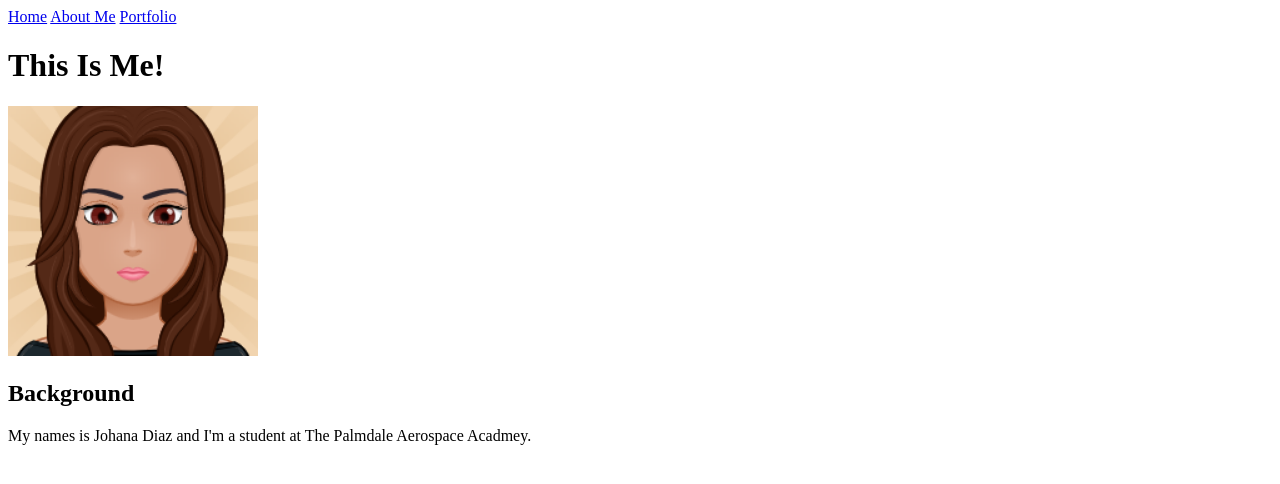
Repository: JDiaz463/JDiaz463.github.io
Page: my_website/aboutme.html
The author's editor kept a record of every edit. The page is drawn from the files as they stood at one moment, then again after the next edit.
The browser window is 1280 px wide. The pictures show the whole page.

Above is the page before.

After the next edit:
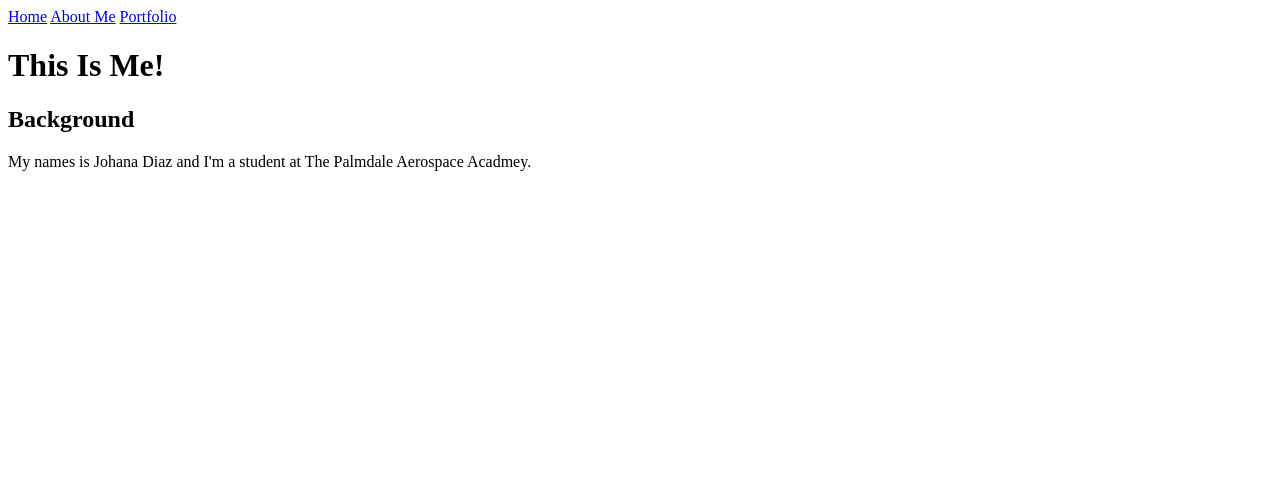
The edit:
--- a/my_website/aboutme.html
+++ b/my_website/aboutme.html
@@ -9,7 +9,6 @@
     <a href="aboutme.html">About Me</a>
     <a href="portfolio.html">Portfolio</a>
     <h1>This Is Me!</h1>
-    <img src="images/myAvatar.png" height="250">
    <h2>Background</h2>
     <p1> My names is Johana Diaz and I'm a student at The Palmdale
         Aerospace Acadmey.</p1>
